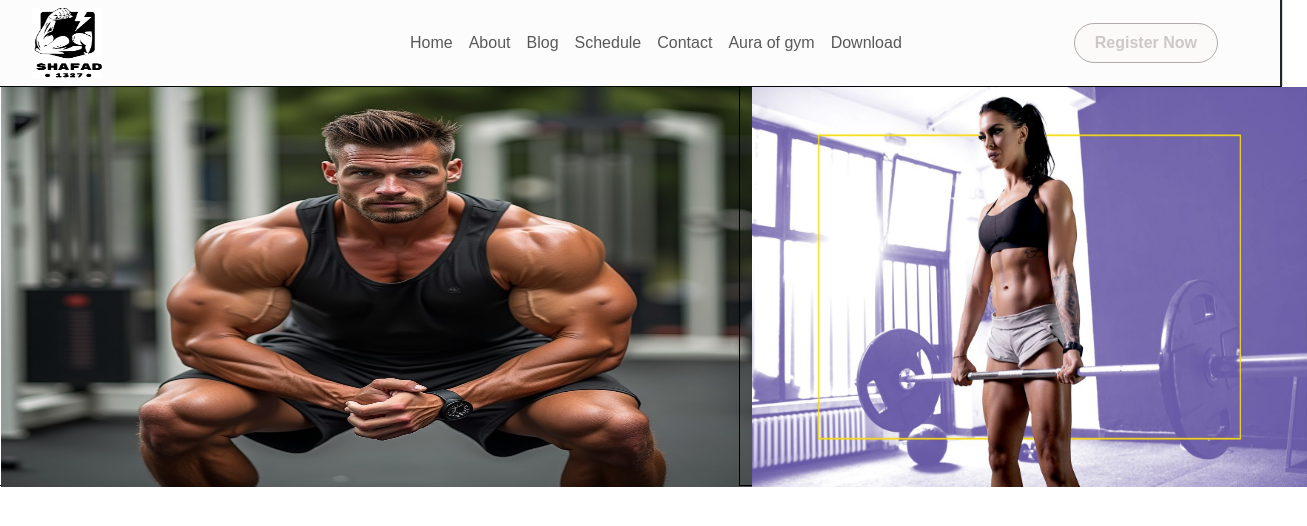
Repository: Daud-shafad/gymwebsite
Page: bootstrap-5.3.3-dist/bootstrap-5.3.3-dist/gym.html
The author's editor kept a copy of each file at every save. The page is drawn from the files as they stood at one save, then again after the next save.
The browser window is 1280 px wide. The page is 1307 px wide, then 1302 px, so the pictures cover 1307 px, including what lies to the right of the window. The pictures show the whole page.

Above is the page before, as saved 2024-12-28 13:24:22.

After the next save:
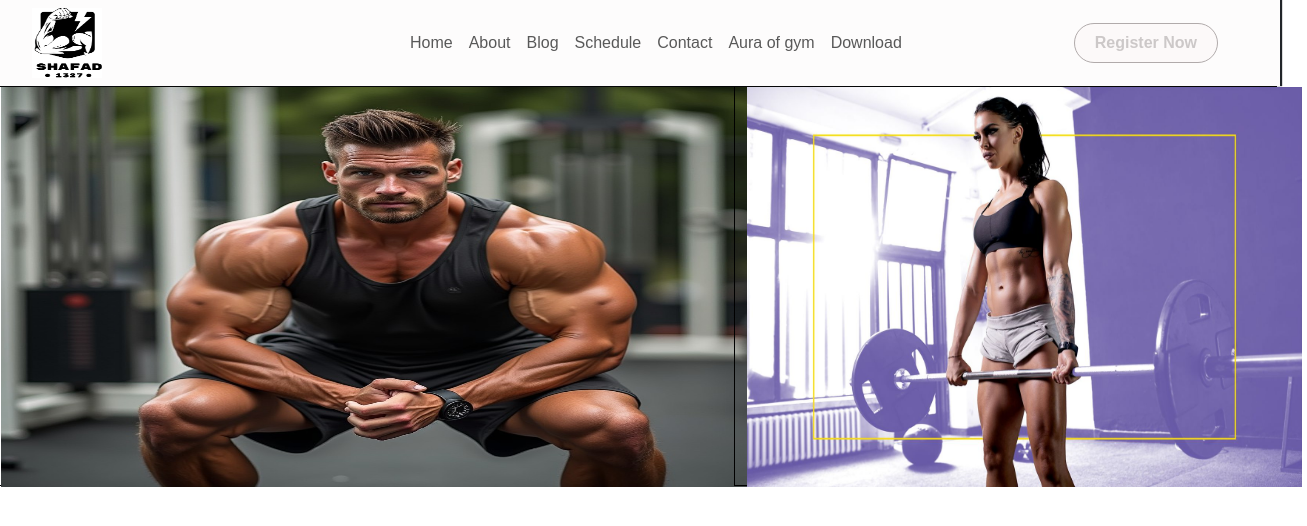
Saved 33 s later.
--- a/bootstrap-5.3.3-dist/bootstrap-5.3.3-dist/gym.css
+++ b/bootstrap-5.3.3-dist/bootstrap-5.3.3-dist/gym.css
@@ -42,5 +42,5 @@
 .row .col-5{
     height: 400px;
     border: 1px solid black;
-    margin-left: -10px;
+    margin-left: -15px;
 }
